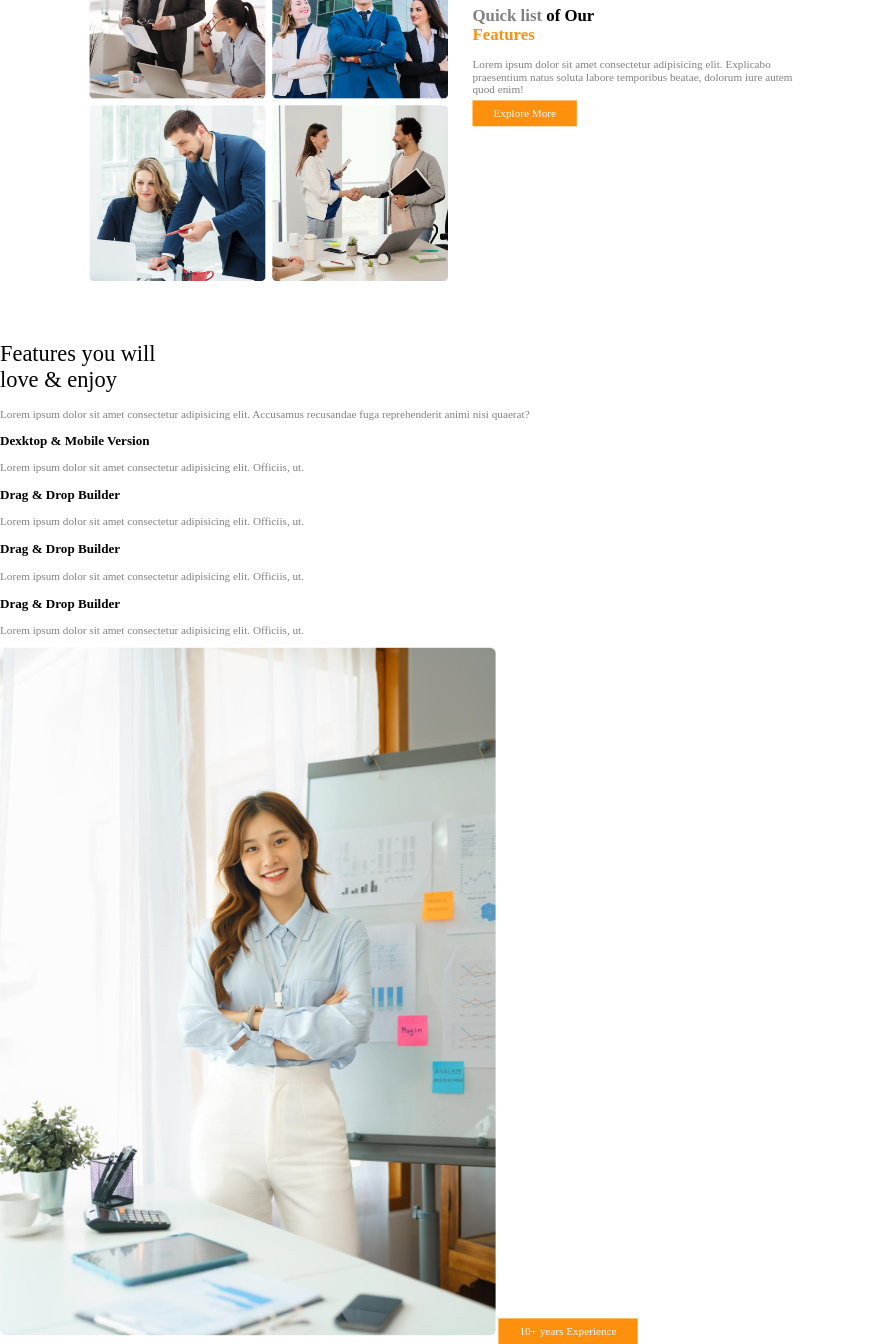
Repository: sadiaafsana138/Architect
Page: index.html
An editor plug-in stored every save of this project. The page is shown before and after the next save, followed by the edit.
The browser window is 1280 px wide. The pictures show the part of the page from y = 1189 to 3109 px (the page is 3109 px tall before and 3086 px after), at 70% of full size.

Above is the page before, as saved 2023-01-16 16:24:09.

After the next save:
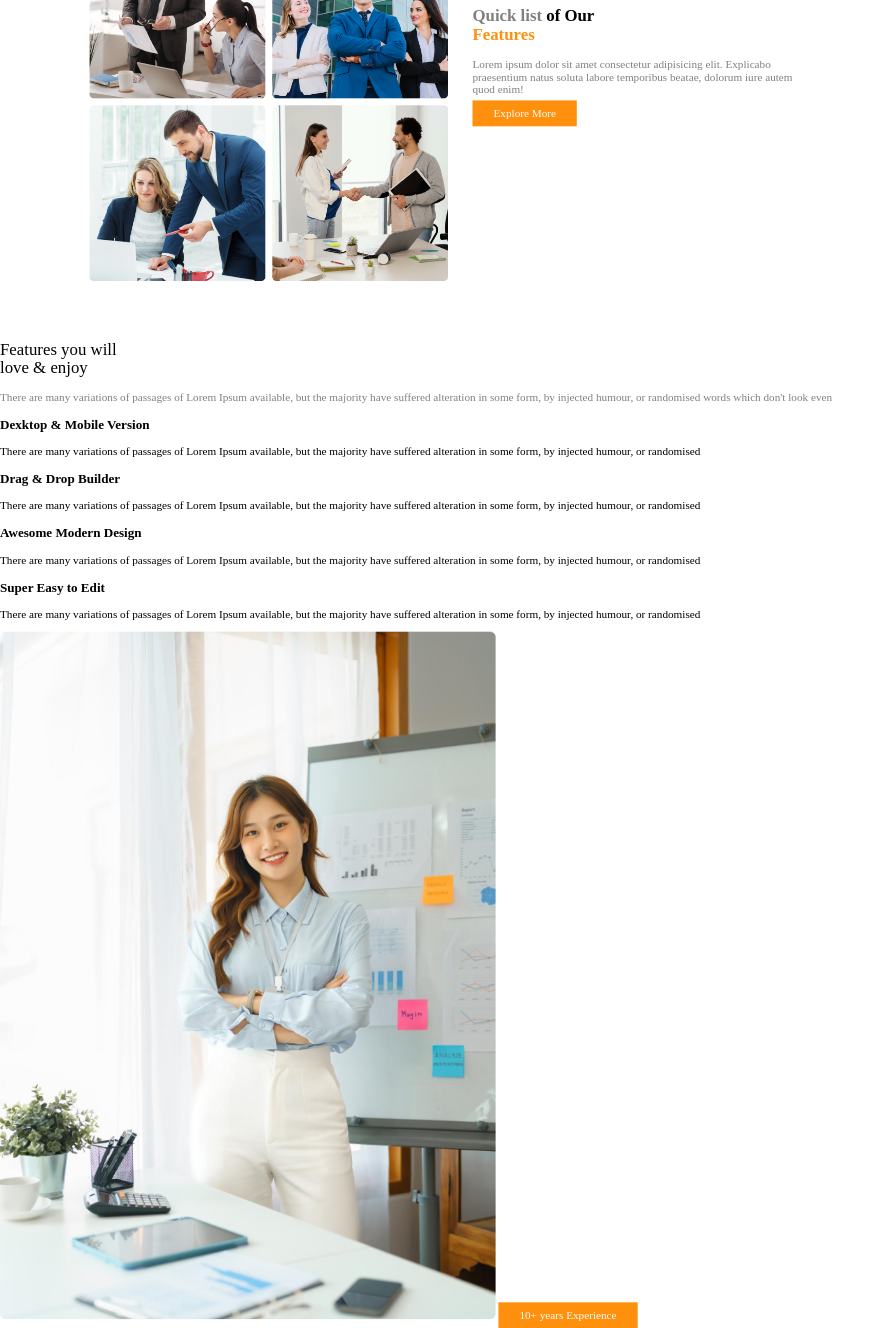
Saved 11 min 3 s later.
--- a/index.html
+++ b/index.html
@@ -72,42 +72,48 @@
     </div>
   </section>
   <!--section-3 Features you will love & enjoy-->
-  <div class="sec3div1">
-    <h1>Features you will<br>
-      love & enjoy</h1>
-    <p class="sp1">
-      Lorem ipsum dolor sit amet consectetur adipisicing elit. Accusamus recusandae fuga reprehenderit animi nisi quaerat?
-    </p>
-    <div class="sec3title">
-      <h3>Dexktop & Mobile Version</h3>
+  <section>
+    <div class="sec3div1">
+      <h1>Features you will<br>
+        love & enjoy</h1>
       <p class="sp1">
-        Lorem ipsum dolor sit amet consectetur adipisicing elit. Officiis, ut.
+        There are many variations of passages of Lorem Ipsum available, but the majority have suffered alteration in
+        some form, by injected humour, or randomised words which don't look even
       </p>
+      <div class="sec3">
+        <h3 class="sec3title">Dexktop & Mobile Version</h3>
+        <p class="sec3subtitle">
+          There are many variations of passages of Lorem Ipsum available, but the majority have suffered alteration in
+          some form, by injected humour, or randomised
+        </p>
+      </div>
+      <div class="sec3">
+        <h3 class="sec3title">Drag & Drop Builder</h3>
+        <p class="sec3subtitle">
+          There are many variations of passages of Lorem Ipsum available, but the majority have suffered alteration in
+          some form, by injected humour, or randomised
+        </p>
+      </div>
+      <div class="sec3">
+        <h3 class="sec3title">Awesome Modern Design</h3>
+        <p class="sec3subtitle">
+          There are many variations of passages of Lorem Ipsum available, but the majority have suffered alteration in
+          some form, by injected humour, or randomised
+        </p>
+      </div>
+      <div class="sec3">
+        <h3 class="sec3title">Super Easy to Edit</h3>
+        <p class="sec3subtitle">
+          There are many variations of passages of Lorem Ipsum available, but the majority have suffered alteration in
+          some form, by injected humour, or randomised
+        </p>
+      </div>
     </div>
-    <div class="sec3title">
-      <h3>Drag & Drop Builder</h3>
-      <p class="sp1">
-        Lorem ipsum dolor sit amet consectetur adipisicing elit. Officiis, ut.
-      </p>
+    <div class="sec3div2">
+      <img src="images/architect.png" alt="">
+      <a href="#" class="link-btn"><span class="sp3">10+ years</span> Experience </a>
     </div>
-    <div class="sec3title">
-      <h3>Drag & Drop Builder</h3>
-      <p class="sp1">
-        Lorem ipsum dolor sit amet consectetur adipisicing elit. Officiis, ut.
-      </p>
-    </div>
-    <div class="sec3title">
-      <h3>Drag & Drop Builder</h3>
-      <p class="sp1">
-        Lorem ipsum dolor sit amet consectetur adipisicing elit. Officiis, ut.
-      </p>
-    </div>
-  </div>
-  <div class="sec3div2">
-    <img src="images/architect.png" alt="">
-    <a href="#" class="link-btn">10+ years Experience </a>
-  </div>
-  <section>
+
 
   </section>
 </body>
